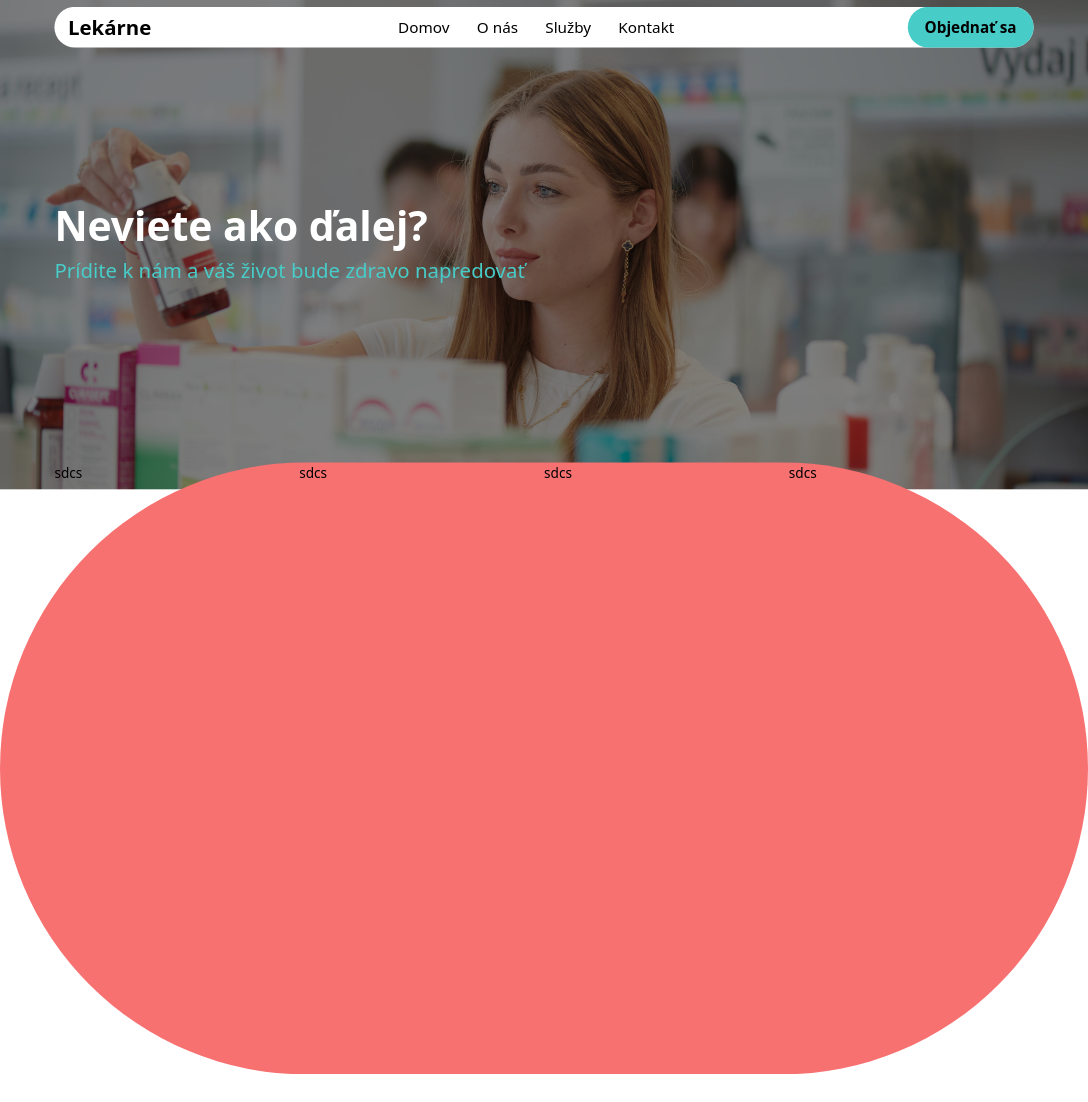
Repository: SimonSkoda13/Lekaren
Page: /
These files come from the project's save history. The page is drawn as it stood at one moment and after the next save; the edit follows.
The browser window is 1280 px wide. The pictures show the whole page, at 85% of full size.
The project was rebuilt for these pictures with package versions that can differ from the ones it lists, and the page was loaded fresh each time. The framework's server and built-in components were replaced by stand-ins that run in the browser. Also part of the build but not shown: next.config.js.

Above is the page before, as saved 2023-04-22 17:32:41.

### src/app/layout.tsx
import { Header } from "./components/Header/Header";
import "./globals.css";
import { Poppins } from "next/font/google";

export const metadata = {
  title: "Create Next App",
  description: "Generated by create next app",
};

export default function RootLayout({
  children,
}: {
  children: React.ReactNode;
}) {
  return (
    <html lang="en">
      <body className="bg-white min-h-[100vh]">
        <Header />
        <main>{children}</main>
        <footer></footer>
      </body>
    </html>
  );
}

### src/app/page.tsx
import Image from "next/image";
import { Inter } from "next/font/google";
import { HomeHero } from "./components/HomeHero/HomeHero";
import { Contact } from "./components/Contact/Contact";

const inter = Inter({ subsets: ["latin"] });

// page with

export default function Home() {
  return (
    <>
      <HomeHero
        title={"Neviete ako ďalej?"}
        image={"/homeBanner.jpg"}
        description={"Prídite k nám a váš život bude zdravo napredovať"}
      />
      <Contact />
    </>
  );
}

### src/app/components/Header/Header.tsx
import Link from "next/link";
import React from "react";

export interface HeaderProps {}

export const Header = (props: HeaderProps) => {
  const {} = props;
  return (
    <header className="cntn fixed w-full top-2 z-10">
      <div className="flex bg-white rounded-full">
        <h1 className="py-2 px-4 text-2xl font-bold">Lekárne</h1>
        <div className="py-2 px-4 flex gap-8 items-center mx-auto text-lg font-medium">
          <Link href="/">Domov</Link>
          <Link href="/onas">O nás</Link>
          <Link href="/sluzby">Služby</Link>
          <Link href="/kontakt">Kontakt</Link>
        </div>
        {/* button order self */}
        <div className="flex justify-center items-center px-5 p-0 bg-primary rounded-full text-lg font-bold">
          <Link href="/order">Objednať sa</Link>
        </div>
      </div>
    </header>
  );
};

### src/app/globals.css
@tailwind base;
@tailwind components;
@tailwind utilities;

@layer components {
  .cntn {
    @apply mx-auto px-4  max-w-screen-xl md:px-16;
  }
}

### src/app/components/HomeHero/HomeHero.tsx
import Image from "next/image";
import React from "react";
import { ImageGradient } from "./ImageGradient/ImageGradient";

export interface HomeHeroProps {
  title: string;
  image: string;
  description: string;
}

export const HomeHero = (props: HomeHeroProps) => {
  const { title, image, description } = props;
  return (
    <section className="relative h-[80vh] z-0 px-0">
      <div className="w-full h-full absolute left-0 top-0 ">
        {/* make filter for image to odd brightness from top biggest to bottom lowest */}
        <ImageGradient>
          <Image
            src={image}
            alt="Next.js logo"
            fill
            style={{
              objectFit: "cover",
              objectPosition: "center",
            }}
          />
        </ImageGradient>
      </div>
      <div className="cntn relative gap-3 h-full flex justify-center flex-wrap flex-col z-10">
        <h1 className="text-5xl font-bold text-white">{title}</h1>
        <p className="text-2xl text-primary">{description}</p>
      </div>
    </section>
  );
};

### src/app/components/Contact/Contact.tsx
import React from "react";

export interface ContactProps {
  items?: {
    title: string;
    description: string;
    icon: string;
  }[];
}

export const Contact = (props: ContactProps) => {
  const { items } = props;
  return (
    <section className="cntn z-10 relative w-full min-h-screen top-[-2rem] grid grid-cols-2 md:grid-cols-4 items-start bg-red-400 rounded-full">
      <div>sdcs</div>
      <div>sdcs</div>
      <div>sdcs</div>
      <div>sdcs</div>
    </section>
  );
};

### src/app/components/HomeHero/ImageGradient/ImageGradient.tsx
import React from "react";

export interface ImageGradientProps {
  children: React.ReactNode;
}

export const ImageGradient = (props: ImageGradientProps) => {
  const { children } = props;
  return (
    <div className="relative w-full h-full brightness-50 overflow-hidden z-10">
      <div className="absolute inset-0 z-10"></div>
      {children}
    </div>
  );
};

### tailwind.config.js
/** @type {import('tailwindcss').Config} */
module.exports = {
  content: [
    "./src/pages/**/*.{js,ts,jsx,tsx,mdx}",
    "./src/components/**/*.{js,ts,jsx,tsx,mdx}",
    "./src/app/**/*.{js,ts,jsx,tsx,mdx}",
  ],
  theme: {
    extend: {
      colors: {
        primary: "#47CCC8",
        secondary: "#2D3663",
      },
    },
  },
  plugins: [],
};

After the next save:
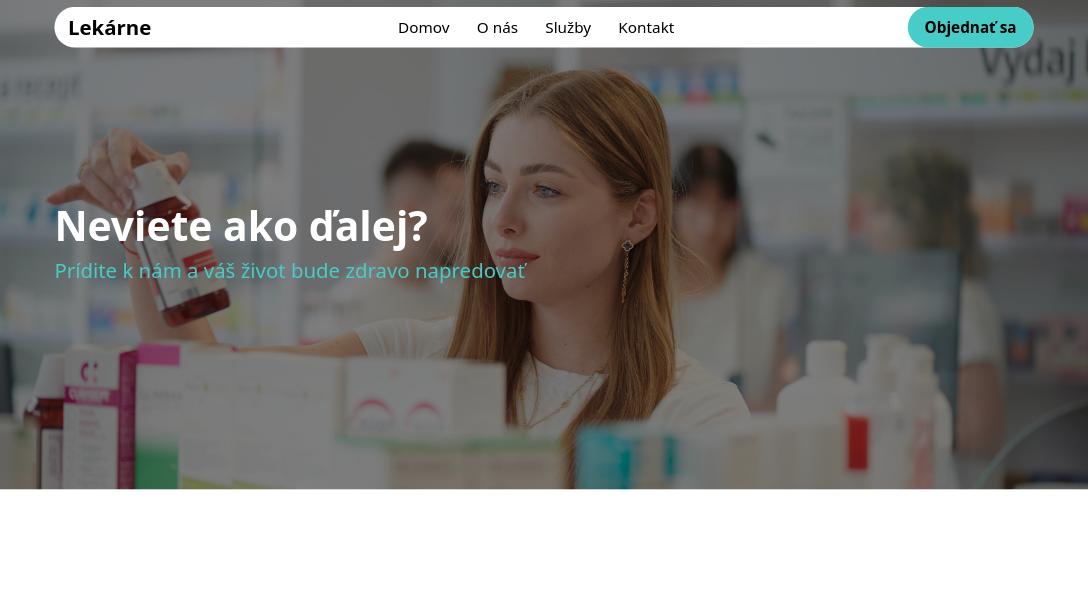
Saved 2 min 48 s later.
--- a/src/app/components/Contact/Contact.tsx
+++ b/src/app/components/Contact/Contact.tsx
@@ -1,3 +1,4 @@
+import Image from "next/image";
 import React from "react";
 
 export interface ContactProps {
@@ -11,11 +12,19 @@ export interface ContactProps {
 export const Contact = (props: ContactProps) => {
   const { items } = props;
   return (
-    <section className="cntn z-10 relative w-full min-h-screen top-[-2rem] grid grid-cols-2 md:grid-cols-4 items-start bg-red-400 rounded-full">
-      <div>sdcs</div>
-      <div>sdcs</div>
-      <div>sdcs</div>
-      <div>sdcs</div>
+    <section className="cntn z-10 relative w-full min-h top-[-2rem] grid grid-cols-2 md:grid-cols-4 items-start bg-red-400 rounded-full">
+      {items?.map((item) => (
+        <div className="flex flex-col items-center gap-4 p-4">
+          <Image
+            src={item.icon}
+            alt={"contactIcon" + item.title}
+            width={100}
+            height={100}
+          />
+          <h2 className="text-2xl font-bold">{item.title}</h2>
+          <p className="text-lg font-medium">{item.description}</p>
+        </div>
+      ))}
     </section>
   );
 };
